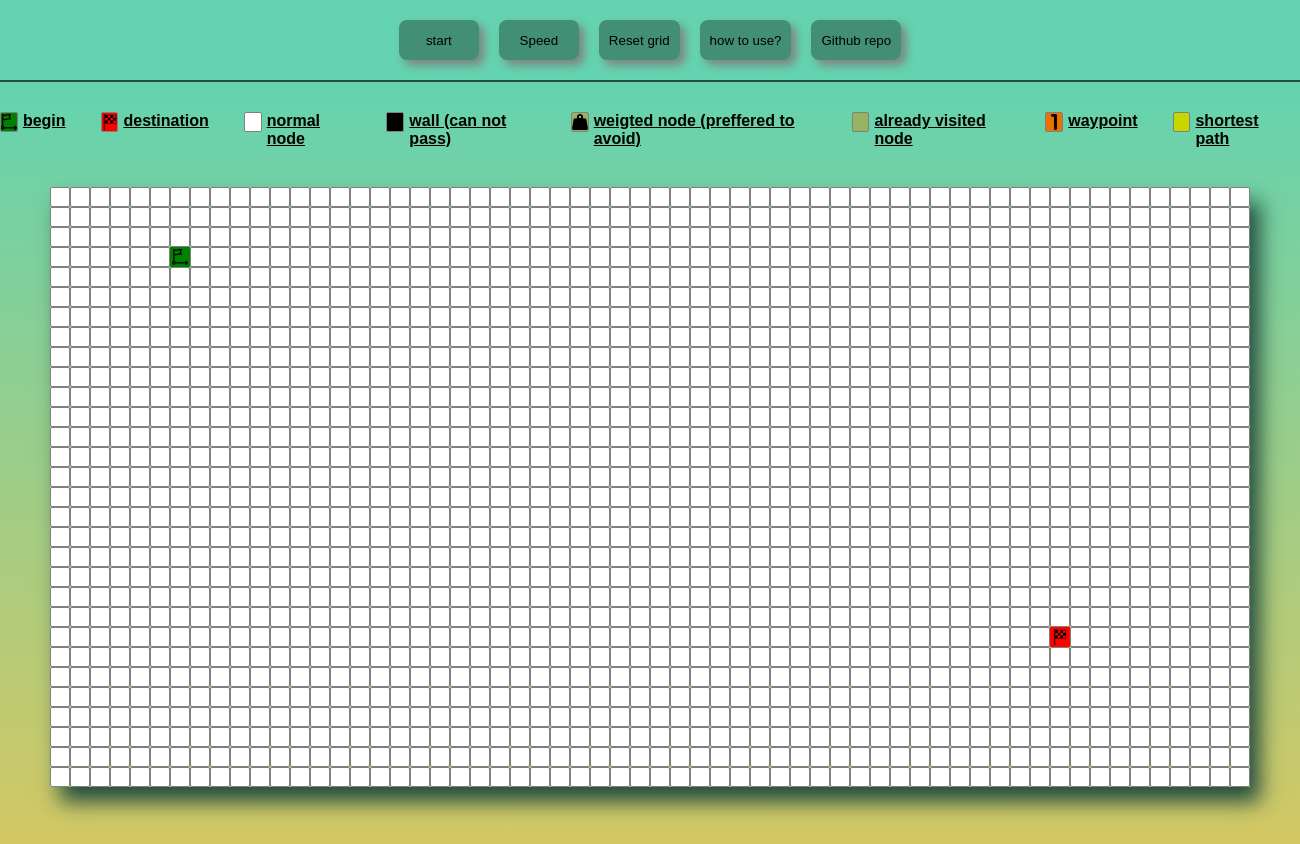
Repository: Daan-v-Berkel/PancakeFear.github.io
Page: index.html
The author's editor kept a copy of each file at every save. The page is drawn from the files as they stood at one save, then again after the next save.
The browser window is 1280 px wide. The page is 1300 px wide, so the pictures cover 1300 px, including what lies to the right of the window. The pictures show the whole page.
Some web fonts or font styles are not loaded; a fallback is used.

Above is the page before, as saved 2021-11-10 23:32:26.

After the next save:
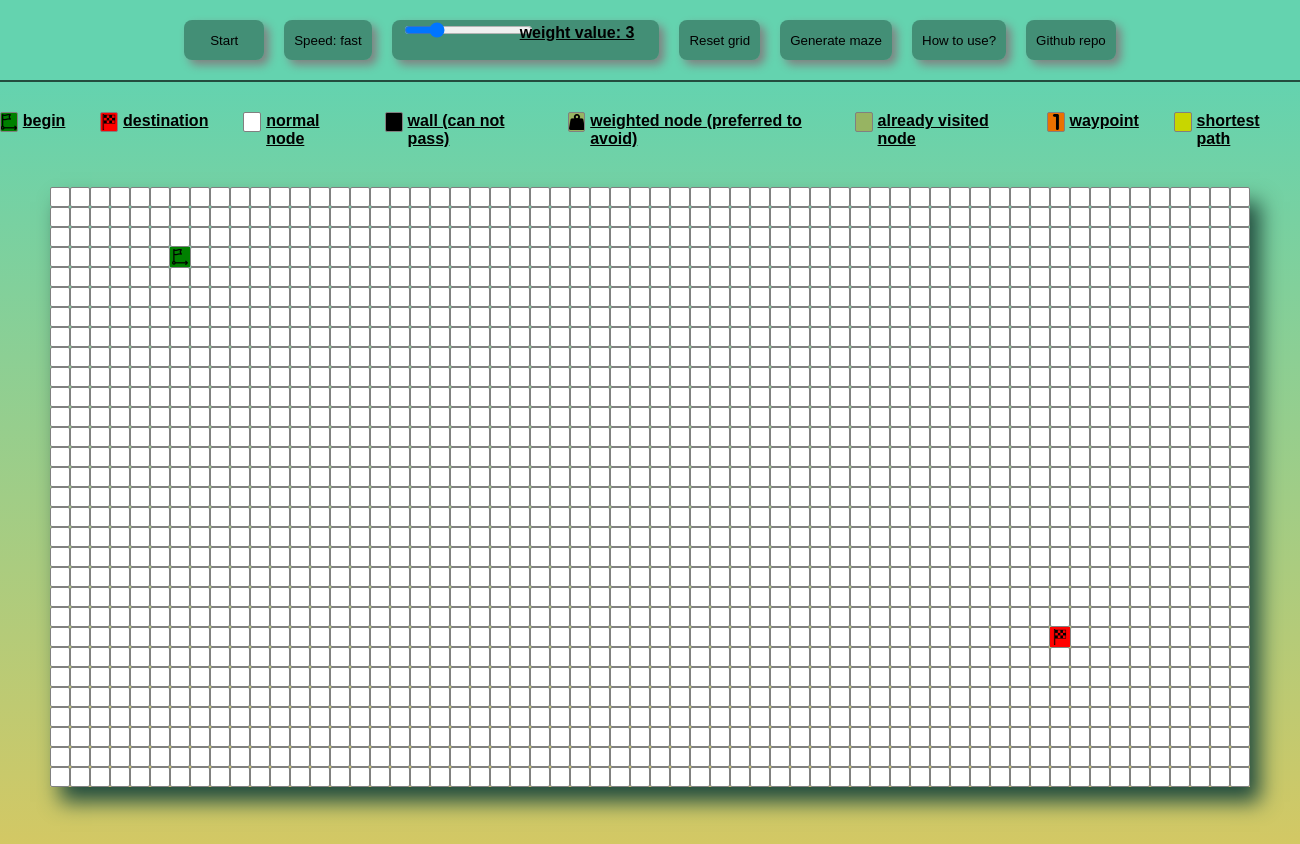
Saved 4 days later.
--- a/index.html
+++ b/index.html
@@ -6,12 +6,12 @@
   <meta name="viewport" content="width=device-width, initial-scale=1">
 
   <title>Pathfinder Visualizer</title>
-  <meta name="description" content="A pathfinder algorithm visualizer">
+  <meta name="description" content="An interactive pathfinding algorithm visualizer">
   <meta name="author" content="DaanvB">
 
   <meta property="og:title" content="Pathfinding visualizer">
   <meta property="og:type" content="website">
-  <meta property="og:description" content="A pathfinder algorithm visualizer">
+  <meta property="og:description" content="An interactive pathfinding algorithm visualizer">
 
   <link rel="stylesheet" href="Style.css">
   <link rel="preconnect" href="https://fonts.googleapis.com">
@@ -25,9 +25,9 @@
 
 <body onload="createGrid()" onmouseup="mouseUpHandler()">
     <div class="header">
-      <button type="button" class="header-btn" onclick="startAlgorithm(grid)">start</button>
+      <button type="button" class="header-btn" onclick="startAlgorithm(grid)">Start</button>
       <div class="dropdown-box">
-        <button class="header-btn" id="dropdown-btn">Speed</button>
+        <button class="header-btn" id="dropdown-btn">Speed: fast</button>
         <div class="dropdown-content">
           <p class="dropdown-select" onclick="SelectSpeed(this)">slow</p>
           <p class="dropdown-select" onclick="SelectSpeed(this)">medium</p>
@@ -35,57 +35,69 @@
           <p class="dropdown-select" onclick="SelectSpeed(this)">no delay</p>
         </div>
       </div>
+      <div class="header-btn" id="slider-btn"><input type="range" min="1" max="10" value="3" class="slider" id="WeightRange" oninput="SetWeightValue(this)"><label id="weightLabel" for="WeightRange">weight value: 3</label></div>
       <div class="dropdown-box">
         <button class="header-btn" id="dropdown-btn" onmousedown="ResetGrid(grid)">Reset grid</button>
         <div class="dropdown-content">
           <span class="dropdown-select reset" id="startnode-reset" onclick="HandleResets(this)">
-            <p><div class="explanation startnode dropdown"></div>begin</p><span id="startnode-reset-inner"></span>
+            <p><div class="explanation startnode dropdown"></div>Begin</p><span id="startnode-reset-inner"></span>
           </span>
           <span class="dropdown-select reset"  id="endnode-reset" onclick="HandleResets(this)">
-            <p><div class="explanation endnode dropdown"></div>end</p><span id="endnode-reset-inner"></span>
+            <p><div class="explanation endnode dropdown"></div>End</p><span id="endnode-reset-inner"></span>
           </span>
           <span class="dropdown-select reset"  id="waypoint-reset" onclick="HandleResets(this)">
-            <p><div class="explanation waypoint one dropdown"></div>waypoints</p><span id="waypoint-reset-inner"></span>
+            <p><div class="explanation waypoint one dropdown"></div>Waypoints</p><span id="waypoint-reset-inner"></span>
           </span>
           <span class="dropdown-select reset"  id="wall-reset" onclick="HandleResets(this)">
-            <p><div class="explanation node wall dropdown"></div>walls</p><span id="wall-reset-inner"></span>
+            <p><div class="explanation node wall dropdown"></div>Walls</p><span id="wall-reset-inner"></span>
           </span>
           <span class="dropdown-select reset"  id="weighted-reset" onclick="HandleResets(this)">
-            <p><div class="explanation weighted dropdown"></div>weights</p><span id="weighted-reset-inner"></span>
+            <p><div class="explanation weighted dropdown"></div>Weights</p><span id="weighted-reset-inner"></span>
           </span>
         </div>
       </div>
-      <button id="popup-btn" class="header-btn">how to use?</button>
-        <div id="popup" class="popup-instructions">
+      <button type="button" class="header-btn" onclick="Maze()">Generate maze</button>
+      <button id="popup-btn" class="header-btn" onclick="ShowInstructions()">How to use?</button>
+        <div id="popup" class="popup-instructions"  onclick="CloseWindow(this)">
           <div class="popup-content">
             <span class="close">&times;</span>
             <h1>How does it work?</h1>
             <p class="instruction-text">
               <img src="images/instruction.png" id="instruction-img" width="200" height="200">
-              left click can be used to place and remove walls. <br>
+              left-click can be used to place and remove walls. <br>
               click and drag an empty (white) node to create walls. <br>
               click and drag a wall to create empty nodes.
               <br><br>
-              rightclick and drag to create weights. <br><br>
-              click the middle mouse button to create up to 3 waypoints.
+              right-click (or alt + left-click) and drag to create weights. <br><br>
+              click the middle mouse button (or shift + left-click) to create up to 3 waypoints.
             </p>
 
           </div>
         </div>
-        <button type="button" class="header-btn" onclick="window.open('https://github.com/PancakeFear/PancakeFear.github.io', '_blank'); return flase;">Github repo</button>
-      <!--<button type="button" class="header-btn" onclick="demo()">test</button>-->
+      <button type="button" class="header-btn" onclick="window.open('https://github.com/PancakeFear/PancakeFear.github.io', '_blank'); return false;">Github repo</button>
     </div>
-    <!--<div>Icons made by <a href="https://www.freepik.com" title="Freepik">Freepik</a> from <a href="https://www.flaticon.com/" title="Flaticon">www.flaticon.com</a></div>-->
     <div class="hero">
+      <div id="popup-algo-failed" class="popup-instructions">
+        <div class="popup-content">
+          <span class="close">&times;</span>
+          <h1>Failed to find a path</h1>
+          <p class="instruction-text">
+            the algorithm has failed to find its destination <br><br>
+            This is most likely because there is no possible path.
+          </p>
+
+        </div>
+      </div>
       <div class="explanations">
         <div name="begin" class="explanation startnode"></div><label for="begin">begin</label>
         <div name="dest" class="explanation endnode"></div><label for="dest">destination</label>
         <div name="node" class="explanation node"></div><label for="node">normal node</label>
         <div name="wall" class="explanation node wall"></div><label for="wall">wall (can not pass)</label>
-        <div name="weight" class="explanation node weighted"></div><label for="weight">weigted node (preffered to avoid)</label>
+        <div name="weight" class="explanation node weighted"></div><label for="weight">weighted node (preferred to avoid)</label>
         <div name="visit" class="explanation node visited"></div><label for="visit">already visited node</label>
         <div name="waypoint" class="explanation node waypoint one"></div><label for="waypoint">waypoint</label>
         <div name="shortest" class="explanation node shortest"></div><label for="shortest">shortest path</label>
+
       </div>
         <div id='grid'>
 
